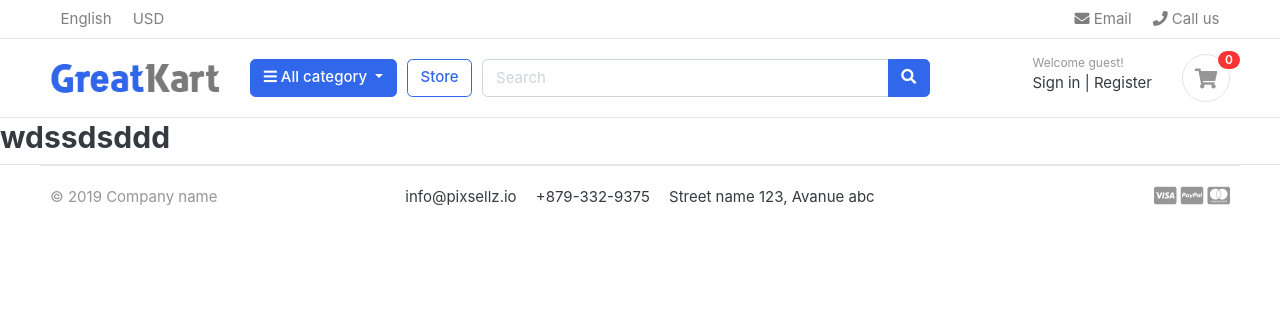
Repository: deesumishra/greatkartpro
Page: http://localhost/store/
An editor plug-in stored every save of this project. The page is shown before and after the next save, followed by the edit.
The browser window is 1280 px wide. The pictures show the whole page.
Some web fonts or font styles are not loaded; a fallback is used. The page is served by the project's application, run on Django 5.2 (manage.py).

Above is the page before, as saved 2024-04-10 19:43:37.

After the next save:
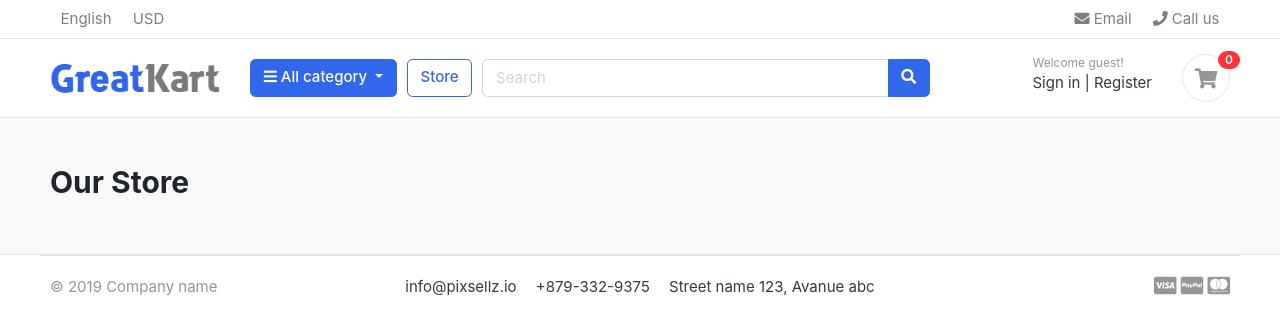
Saved 3 min 37 s later.
--- a/templates/store/store.html
+++ b/templates/store/store.html
@@ -2,5 +2,13 @@
 
 {% block content %}
 
-<h2>wdssdsddd</h2>
+<!-- ========================= SECTION PAGETOP ========================= -->
+<section class="section-pagetop bg">
+    <div class="container">
+        <h2 class="title-page">Our Store</h2>
+
+    </div> <!-- container //  -->
+    </section>
+    <!-- ========================= SECTION INTRO END// ========================= -->
+
 {% endblock %}
